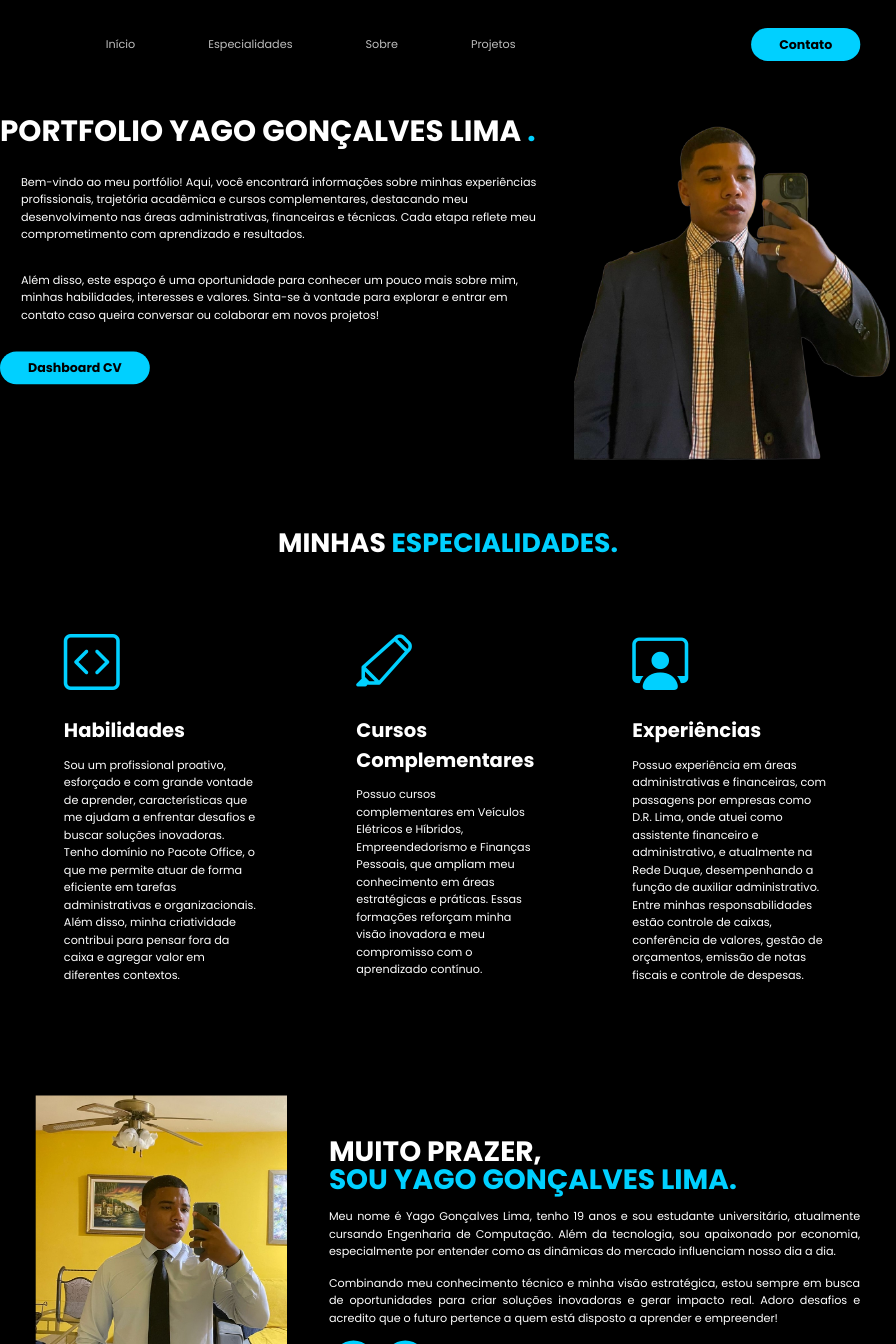
Repository: yagolima1511/Portfolio
Page: index.html
The author's editor kept a copy of each file at every save. The page is drawn from the files as they stood at one save, then again after a run of saves.
The browser window is 1280 px wide. The pictures show the part of the page from y = 0 to 1920 px (the page is 3476 px tall before and 3474 px after), at 70% of full size.

Above is the page before, as saved 2025-03-03 21:04:59.

### index.html
<!DOCTYPE html>
<html lang="pt-br">
<head>
    <meta charset="UTF-8">
    <meta name="viewport" content="width=device-width, initial-scale=1.0">
    <link rel="preconnect" href="https://fonts.googleapis.com">
<link rel="preconnect" href="https://fonts.gstatic.com" crossorigin>
<link href="https://fonts.googleapis.com/css2?family=Cabin:ital,wght@0,400..700;1,400..700&family=Poppins:ital,wght@0,100;0,200;0,300;0,400;0,500;0,600;0,700;0,800;0,900;1,100;1,200;1,300;1,400;1,500;1,600;1,700;1,800;1,900&display=swap" rel="stylesheet">
<link rel="stylesheet" href="https://cdn.jsdelivr.net/npm/bootstrap-icons@1.11.3/font/bootstrap-icons.min.css">
    <link rel="stylesheet" href="style.css">
    <link rel="icon" href="imagens.portifolio/logo_yago_sem_fundo.png">
    <title>Yago Gonçalves Lima</title>
</head>
<body>

    <header>
        <div class="interface">
             <nav>
                <nav class="menu-desktop">
                    <ul>
                        <li><a href="#início">Início</a></li>
                        <li><a href="#especialidades">Especialidades</a></li>
                        <li><a href="#sobre">Sobre</a></li>
                        <li><a href="#projetos">Projetos</a></li>
                    </ul>
                </nav>
             </nav>
             <!-- MENU MOBILE-->


             <div class="btn-contato">
                <a href="https://api.whatsapp.com/send?phone=5511951423405">
                    <button>Contato</button>
                </a>
             </div>
        </div><!--INTERFACE-->
    </header>

    <main>
        <section id="início">
        <section class="topo-do-site">
            <div class="interface">
                <div class="flex">
                    <div class="txt-topo-site">
                       <h1>PORTFOLIO YAGO GONÇALVES LIMA <span>.</span></h1>
                       <p>Bem-vindo ao meu portfólio! Aqui, você encontrará informações sobre minhas experiências profissionais, trajetória acadêmica e cursos complementares, destacando meu desenvolvimento nas áreas administrativas, financeiras e técnicas. Cada etapa reflete meu comprometimento com aprendizado e resultados.</p>
                       <p>Além disso, este espaço é uma oportunidade para conhecer um pouco mais sobre mim, minhas habilidades, interesses e valores. Sinta-se à vontade para explorar e entrar em contato caso queira conversar ou colaborar em novos projetos!</p>

                       <div class="btn-contato">
                        <a href="https://www.canva.com/design/DAGZft-klJw/L4ZIEv-Um3k0rW6E9iZL9g/edit?utm_content=DAGZft-klJw&utm_campaign=designshare&utm_medium=link2&utm_source=sharebutton">
                            <button>Dashboard CV</button>
                        </a>
                       </div>
                    </div>
                    <div class="img-topo-site">
                        <img id="img-home" src="imagens.portifolio/yago sem fundo.png" alt="" class="tamanho-fixo">

                    </div>
                </div>
            </div>
        </section>
    </section>
        <section id="especialidades">

        <section class="especialidades">
            <div class="interface">
                <h2 class="titulo">MINHAS <span>ESPECIALIDADES.</span></h2>
                <div class="flex">
                     <div class="especialidades-box">
                     <i class="bi bi-code-square"></i>
                     <h3>Habilidades</h3>
                     <p>Sou um profissional proativo, esforçado e com grande vontade de aprender, características que me ajudam a enfrentar desafios e buscar soluções inovadoras. Tenho domínio no Pacote Office, o que me permite atuar de forma eficiente em tarefas administrativas e organizacionais. Além disso, minha criatividade contribui para pensar fora da caixa e agregar valor em diferentes contextos.</p>
                </div>


                     <div class="especialidades-box">
                        <i class="bi bi-highlighter"></i>
                     <h3>Cursos Complementares</h3>
                     <p>Possuo cursos complementares em Veículos Elétricos e Híbridos, Empreendedorismo e Finanças Pessoais, que ampliam meu conhecimento em áreas estratégicas e práticas. Essas formações reforçam minha visão inovadora e meu compromisso com o aprendizado contínuo.</p>
                </div>

                     <div class="especialidades-box">
                        <i class="bi bi-person-workspace"></i>
                     <h3>Experiências</h3>
                     <p>Possuo experiência em áreas administrativas e financeiras, com passagens por empresas como D.R. Lima, onde atuei como assistente financeiro e administrativo, e atualmente na Rede Duque, desempenhando a função de auxiliar administrativo. Entre minhas responsabilidades estão controle de caixas, conferência de valores, gestão de orçamentos, emissão de notas fiscais e controle de despesas.
                    </p>
                </div>
            </div>
        </section>
    </section>
             <section id="sobre">
                    <section class="sobre">
                        <div class="interface">
                            <div class="flex">
                                <div class="img-sobre">
                                    <img src="imagens.portifolio/camisa gravata.jpeg" alt="" class="tamanho-fixo">
                                </div>
                                <div class="txt-sobre">
                                      <h2>MUITO PRAZER,<span> SOU YAGO GONÇALVES LIMA.</span> </h2>
                                          <p>Meu nome é Yago Gonçalves Lima, tenho 19 anos e sou estudante universitário, atualmente cursando Engenharia de Computação. Além da tecnologia, sou apaixonado por economia, especialmente por entender como as dinâmicas do mercado influenciam nosso dia a dia.</p>
                                          <p>Combinando meu conhecimento técnico e minha visão estratégica, estou sempre em busca de oportunidades para criar soluções inovadoras e gerar impacto real. Adoro desafios e acredito que o futuro pertence a quem está disposto a aprender e empreender!</p>
                                          <div class="btn-social">

                                                <a href="https://api.whatsapp.com/send?phone=5511951423405"><button><i class="bi bi-whatsapp"></i></button></a>
                                                <a href="https://www.linkedin.com/in/yago-lima-50758a299?utm_source=share&utm_campaign=share_via&utm_content=profile&utm_medium=ios_app"><button><i class="bi bi-linkedin"></i></button></a>

                                          </div>
                                </div>

                            </div>
                        </div>
                    </section>
                </section>
                    <section id="projetos">

                    <section class="projetos">
                        <div class="interface">
                            <h2><h2 class="titulo">PROJETO <span>DESENVOLVIDO.</span></h2></h2>

                           <div class="flex">
                            <div class="img-proj" style="background-image: url(imagens.portifolio/WhatsApp\ Image\ 2024-12-10\ at\ 22.25.13.jpeg);">
                                <div class="overlay">Projeto AlphaTec</div>
                            </div>
                            <div class="img-proj" style="background-image: url(imagens.portifolio/WhatsApp\ Image\ 2024-12-10\ at\ 22.20.26.jpeg);">
                                <div class="overlay">Projeto AlphaTec</div>
                            </div>
                            <div class="img-proj" style="background-image: url(imagens.portifolio/WhatsApp\ Image\ 2024-12-10\ at\ 22.20.24.jpeg);">
                                <div class="overlay">Projeto AlphaTec</div>

                            </div>
                           </div>
                        </div>

                        <section class="projeto">
                            <div class="interface">
                                <div class="flex">
                        <div class="txt-paragrafo-projeto">
                                <p>Juntamente com meus colegas de faculdade, desenvolvemos o Projeto AlphaTec. O projeto do carrinho autônomo com Arduino é uma aplicação simples de robótica, onde o objetivo principal é criar um veículo que detecte obstáculos e mude de direção automaticamente usando um sensor ultrassônico. Aqui está uma explicação didática e direta sobre os principais componentes e funcionamento:</p>

                        </div> <!--txt-->
                    </div>
                            </div><!--INTERFACE-->



                     </section>


                     <ul>
                        <li>
                            Arduino: É o "cérebro" do carrinho, responsável por processar as informações do sensor ultrassônico e controlar os motores.
                        <li>

                                Sensor Ultrassônico (HC-SR04): Detecta obstáculos à frente, medindo a distância usando ondas sonoras.
                            </li>
                            <li>
                                Motores e Ponte H (L298N): Movem o carrinho e permitem controlar o sentido de rotação (para frente, para trás ou virar).
                            </li>
                            <li>
                                Baterias/Pilhas: Alimentam o Arduino e os motores.
                            </li>
                            <li>
                                Estrutura do Carrinho: Uma base com rodas onde os componentes são fixados
                            </li>
                        </ul>

                    </section>
                </section>


    </main>
    <footer>
        <div class="interface">
            <div class="line-footer">
                <div class="flex">
                <div class="btn-social">

                    <a href="https://api.whatsapp.com/send?phone=5511951423405"><button><i class="bi bi-whatsapp"></i></button></a>
                    <a href="https://www.linkedin.com/in/yago-lima-50758a299?utm_source=share&utm_campaign=share_via&utm_content=profile&utm_medium=ios_app"><button><i class="bi bi-linkedin"></i></button></a>

              </div>
            </div>
            </div>
                <div class="line-footer borda">
                    <p><i class="bi bi-envelope-fill"></i> <a href="mailto:goncalveslima2005@gmail.com">goncalveslima2005@gmail.com</a></p>

            </div>

        </div>
    </footer>
</body>
</html>

### style.css
/*ESTILO GERAL*/
html {
    scroll-behavior: smooth;
}

*{
    margin: 0;
    padding: 0;
    box-sizing: 0;
    font-family: "Poppins", serif;
}

body{
    background-color: black;
    height: 100vh;
}

.interface{
    max-width: 1280px;
    margin: 0 auto;
}

.flex{
    display: flex;
}

.btn-contato button{
    padding: 10px 40px;
    font-size: 18px;
    font-weight: 700;
    background-color: #00d0ff;
    border: 0;
    border-radius: 30px;
    cursor: pointer;
    transition: .2s;
}

h2.titulo{
    color: white;
    font-size: 38px;
    text-align: center;
}

h2.titulo span{
    color: #00d0ff;
}

 button:hover{
    box-shadow: 0px 0px 8px #00d0ff;
    transform: scale(1.05);
}

/* ESTILO DO CABEÇALHO */
header{
    padding: 40px 4%;
}

header > .interface{
    display: flex;
    align-items: left;
    justify-content: space-between;
}

header a{
    color: #7d7d7d;
    text-decoration: none;
    display: inline-block;
    transition: .2s;
}

header a:hover{
    color:#fff;
    transform: scale(1.05);
}

header nav ul{
    list-style-type: none;
}

header nav ul li{
    display: inline-block;
    padding: 0 50px;
}

/* ESTILO DO TOPO DO SITE */
section.topo-do-site{
    padding: 40px 0%;
}

section.top-do-site.flex{
    align-items: center;
    justify-content: center;
    gap: 90px;
}

.topo-do-site h1{
    color: white;
    font-size: 42px;
    line-height: 40px;
}

.txt-topo-site span{
    color: #00d0ff;
}

.topo-do-site .txt-topo-site p{
    color: white;
    margin: 40px 30px;

}

.topo-do-site .img-topo-site img{
    position: relative;
    animation: flutuar 2s ease-in-out infinite alternate;
}

@keyframes flutuar{
    0%{
        top: 0;
    }
    100%{
        top: 30px;
    }
}

/* ESPECIALIDADES */
section.especialidades{
    padding: 40px 4%;
}

section.especialidades .flex{
    gap: 60px;
}

.especialidades .especialidades-box{
    color: white;
    padding: 40px;
    border-radius: 20px;
    margin-top: 45px;
    transition: .2s;
}

.especialidades .especialidades-box:hover{
    transform: scale(1.05);
    box-shadow: 0 0 8px #ffffff78;
}

.especialidades .especialidades-box i{
    font-size: 80px;
    color: #00d0ff;
}

.especialidades .especialidades-box h3{
   font-size: 28px;
   margin: 15px 0;
}

/* ESTILO SOBRE */
section.sobre{
    padding: 80px 4%;
}

section.sobre .flex{
    align-items: center;
    gap: 60px;
}

.sobre .txt-sobre{
    color: white;
    line-height: 40px;
    margin-bottom: 30px;
}

.sobre .txt-sobre h2{
    font-size: 40px;
}

.sobre .txt-sobre h2 span{
    color: #00d0ff;
    display: block;
}

.sobre .txt-sobre p{
     margin: 20px 0;
     text-align: justify;
     line-height: 25px;
}

 .btn-social button{
     width: 60px;
     height: 60px;
     border-radius: 50%;
     border: none;
     background-color: #00d0ff;
     font-size: 22px;
     cursor: pointer;
     margin: 0 5px;
     transition: 2.s;
}

/* ESTILO DO PORTIFÓLIO */
section.projetos{
     padding: 80px 4%;
     box-shadow: 0 0 40px 10px rgba(255, 255, 255, 0.107);
}

section.projetos .flex{
    justify-content: space-around;
    margin-top: 60px;
}

.img-proj{
    width: 360px;
    height: 460px;
    background-size: cover;
    background-position: 100% 0%;
    transition: 1s;
    cursor: pointer;
    border-radius: 40px;  /* DEIXA A FOTO C ASA BORDAS REDONDAS */
    position: relative;
}

.img-proj:hover{
    background-position: 100% 100%;
}


.overlay{
    position: absolute;
    top: 0;
    left: 0;
    width: 100%;
    height: 100%;
    background-color: #010d01c3;
    border-radius: 40px;
    display: flex;
    align-items: center;
    justify-content: center;
    font-size: 24px;
    font-weight: 600;
    color: white;
    opacity: 0;
    transition: .5s;
}

.overlay:hover{
    opacity: 1;
}

.txt-paragrafo-projeto p{
    color: white;
    margin-bottom: 20px;
}

ul{
    list-style-position: inside;
    color: white;
    padding: 10px 50px;
}

/* ESTILO DO RODAPÉ */

footer{
    padding: 60px 4%;
    box-shadow: 0 0 40px 10px rgba(255, 255, 255, 0.090);
}

footer .flex{
    justify-content: space-between;
}

footer .line-footer{
    padding: 20px 0;
}

.borda{
    border-top: 2px solid #00d0ff;
}

footer .line-footer p i{
    color: #00d0ff;
    font-size: 22px;
}

footer .line-footer p a{
    color: white;
}

footer .line-footer p{
    text-align: right;
}



@media screen and (max-width: 1041.60px){
    /*classes gerais*/

    .flex{
        flex-direction: column-reverse;
    }

    h2.titulo{
        font-size: 34px;
        line-height: 40px;
    }

    /*cabeçalho*/
    .menu-desktop, .btn-contato{
        display: none;
    }

    .img-topo-site {
        display: none;
    }

    .txt-topo-site h1{
        margin: 7px;
        text-align: center;
        font-size: 35px;
    }

    /*topo do site*/

    section.top-do-site .flex{
        gap: 40px;

    section.topo-do-site{
        padding: 20px 8%;
    }


    .topo-do-site h1{
        font-size: 30px;
    }


    .topo-do-site .img-topo-site img{
        width: 100%;

    }
}
    /* ESPECIALIDADES */
section.especialidades{
    padding: 40px 8%;
    flex-direction: column;
}
/* SOBRE */
section.sobre{
    padding: 80px 8%;
}
.sobre .txt-sobre h2{
    font-size: 35px;
    line-height: 35px;
    text-align: center;
}
.btn-social{
    text-align: center;
}

.img-sobre img{
    width: 100%;
}

/* PROJETO*/
section.projetos{
    padding: 80px 8%;
}
.img-proj{
    width: 100%;
    max-width: 360px;
    margin: 0 auto;

}

section.projetos .flex{
   gap: 60px;
}
footer .flex{
    flex-direction: column;
}

footer .line-footer p{
    text-align: center;
}


}

.tamanho-fixo{


    height: 492px;
}

header a {
    color: #bdbdbd;
    text-decoration: none;
    display: inline-block;
    transition: .2s;
}

After the next 3 saves:
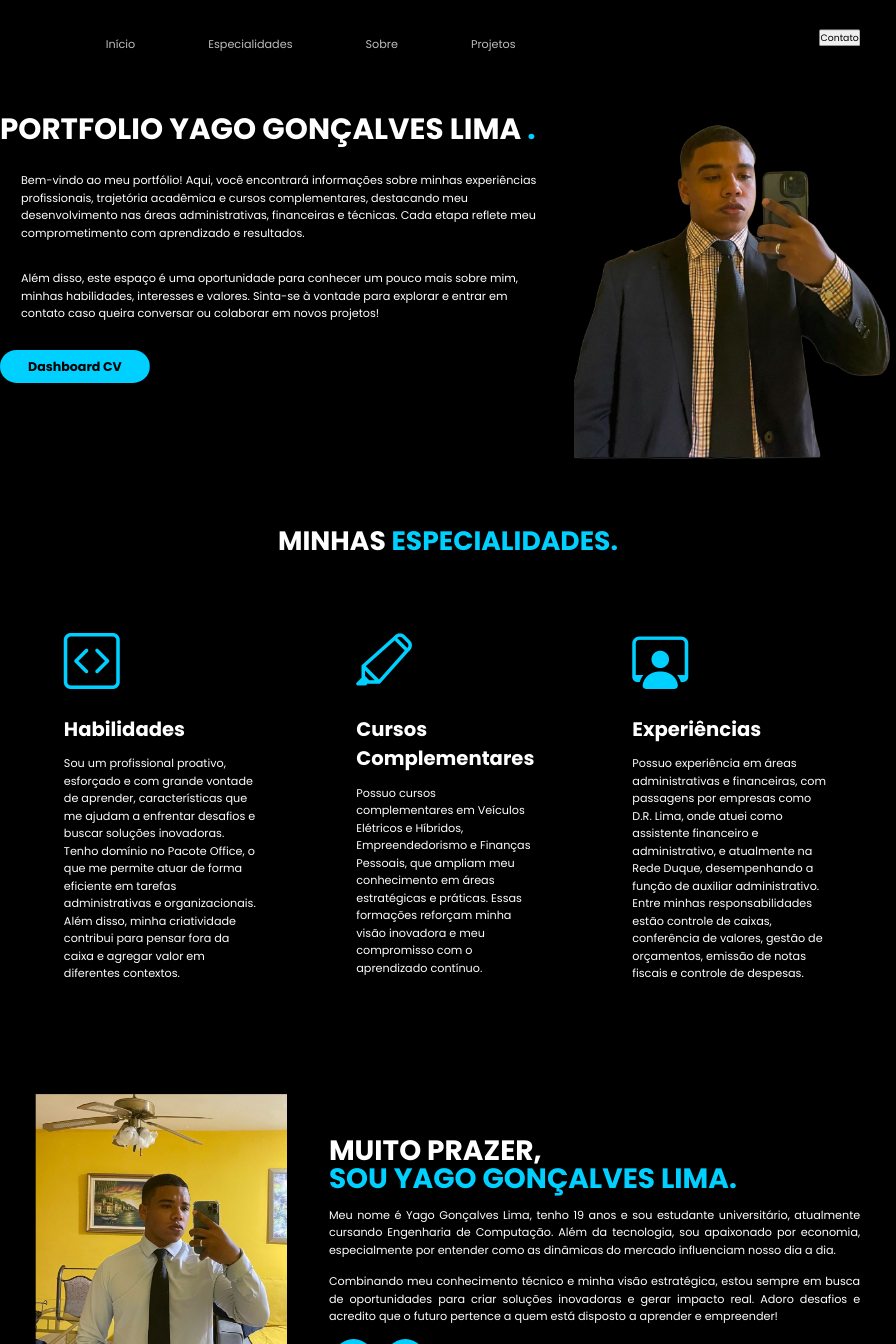
The 3 saves are shown as one change because they came seconds apart.
The last was saved 9 s later.
--- a/index.html
+++ b/index.html
@@ -26,7 +26,7 @@
                 </nav>
              </nav>
              <!-- MENU MOBILE-->
-
+              <div class="menu"
 
              <div class="btn-contato">
                 <a href="https://api.whatsapp.com/send?phone=5511951423405">

After the 4 saves that followed:
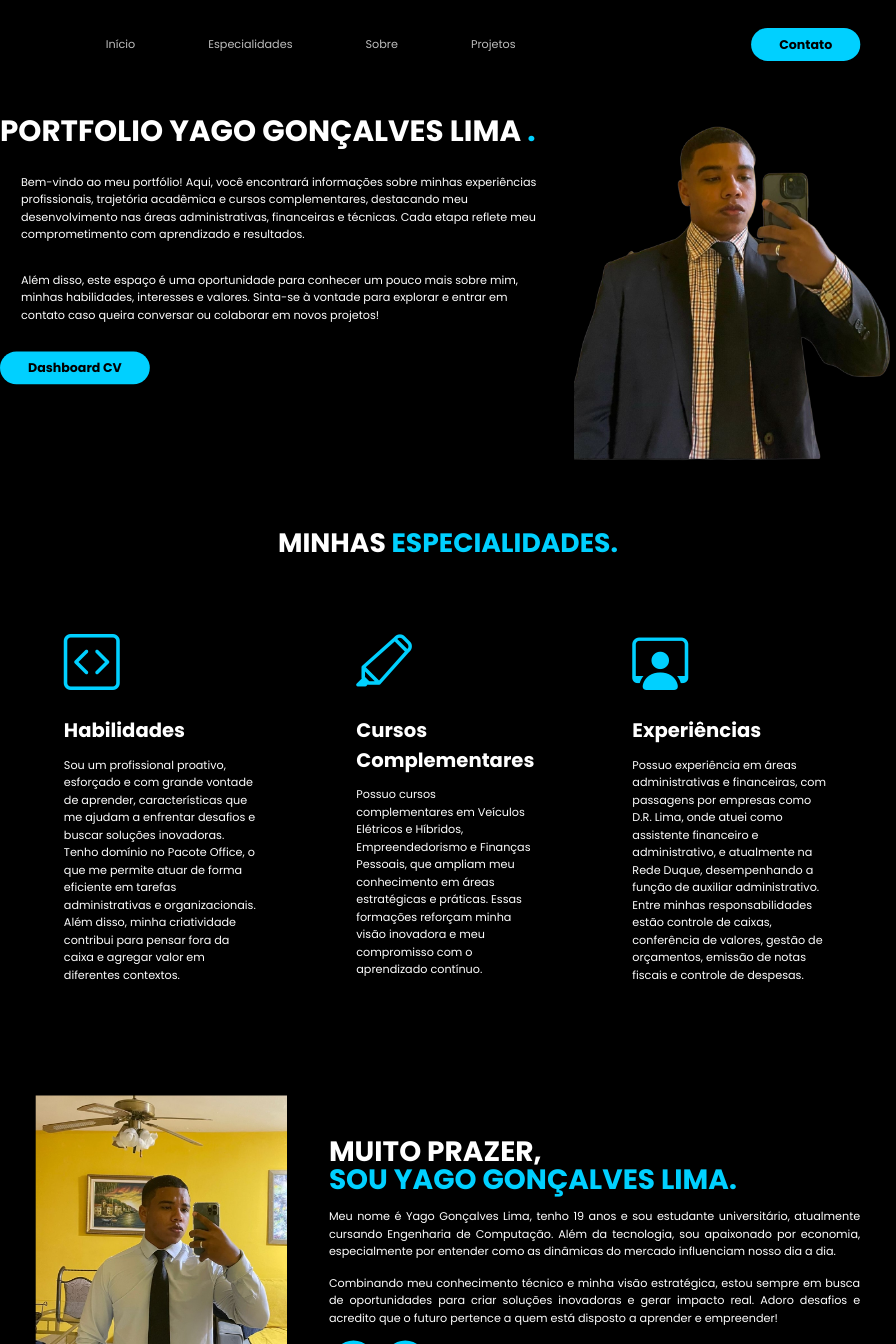
The 4 saves are shown as one change because they came seconds apart.
The last was saved 10 s later.
--- a/index.html
+++ b/index.html
@@ -26,7 +26,9 @@
                 </nav>
              </nav>
              <!-- MENU MOBILE-->
-              <div class="menu"
+              <div class="menu-mobile">
+
+              </div>
 
              <div class="btn-contato">
                 <a href="https://api.whatsapp.com/send?phone=5511951423405">
